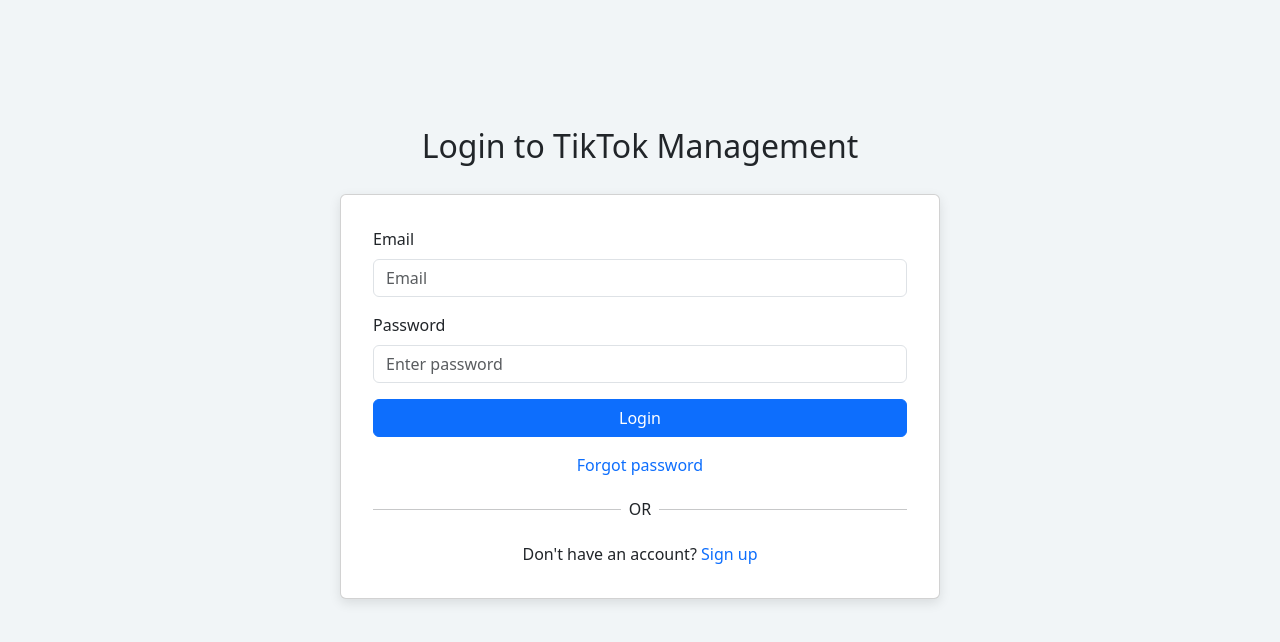
Repository: chaolaolo/tikcrm-fe
Page: /dashboard
An editor plug-in stored every save of this project. The page is shown before and after a run of saves, followed by the edit.
The browser window is 1280 px wide. The pictures show the whole page.
The project was rebuilt for these pictures with package versions that can differ from the ones it lists, and the page was loaded fresh each time. Also part of the build but not shown: vite.config.ts, src/pages/Home/Settings.tsx, src/pages/Home/HomePage.tsx. Imported but missing from the stored project, and not drawn on this page: src/pages/Home/Dashboard, src/pages/Register/RegisterPage.

Above is the page before, as saved 2025-05-22 22:27:13.

After the next 3 saves:
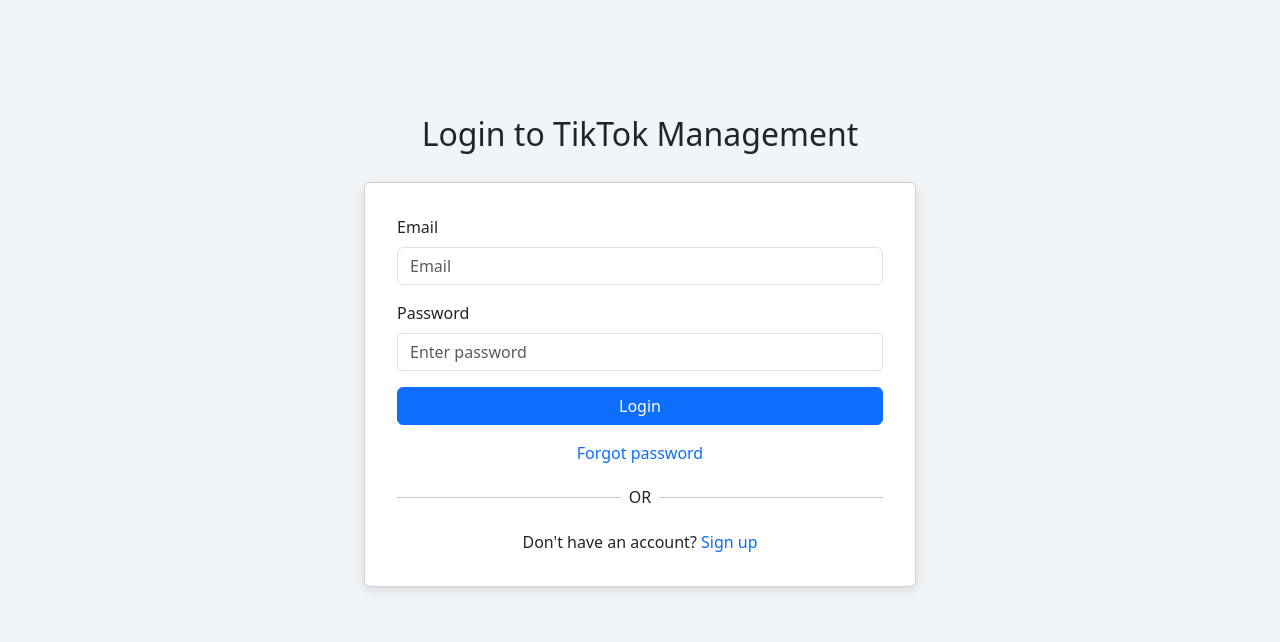
The 3 saves are shown as one change because they came seconds apart.
The last was saved 22 s later.
--- a/src/pages/Auth/LoginPage.tsx
+++ b/src/pages/Auth/LoginPage.tsx
@@ -15,7 +15,7 @@
       <div className="d-flex justify-content-center align-items-center min-vh-100 p-3">
         <div className="w-100" style={{ maxWidth: '600px', }}>
           <p className="text-center mb-4 fs-2">Login to TikTok Management</p>
-          <div className="card p-8 mt-8" style={{
+          <div className="card m-4 p-8 " style={{
             backgroundColor: 'white',
             boxShadow: '0 4px 12px rgba(0, 0, 0, 0.1)'
           }}>
